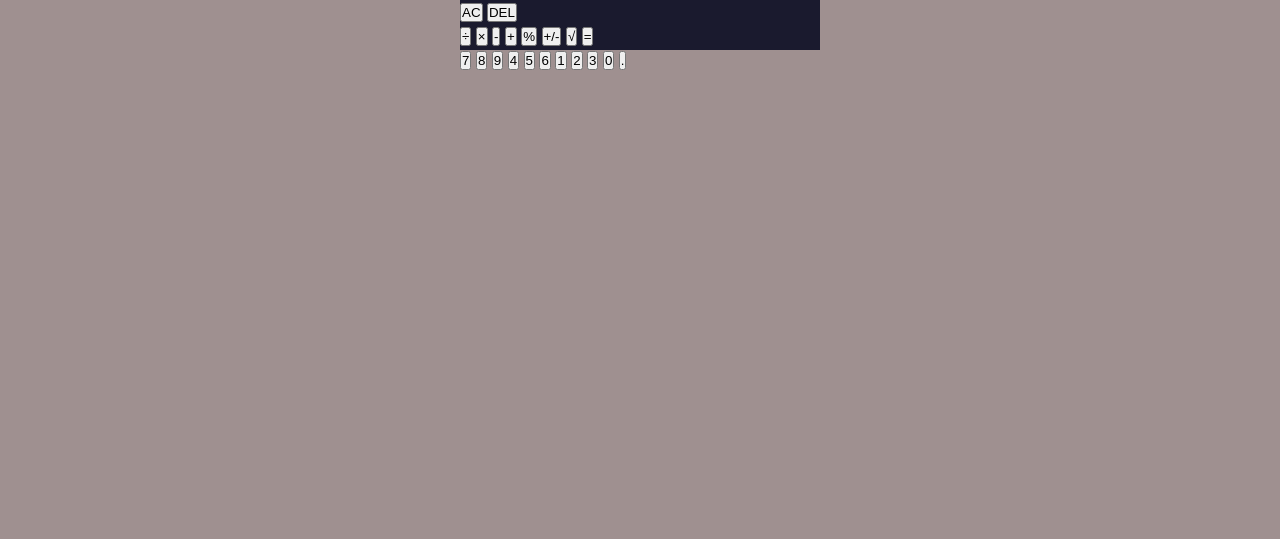
Repository: MikkyPrestige/js-calculator
Page: index.html
An editor plug-in stored every save of this project. The page is shown before and after the next save, followed by the edit.
The browser window is 1280 px wide. The pictures show the whole page.

Above is the page before, as saved 2023-05-08 00:53:45.

After the next save:
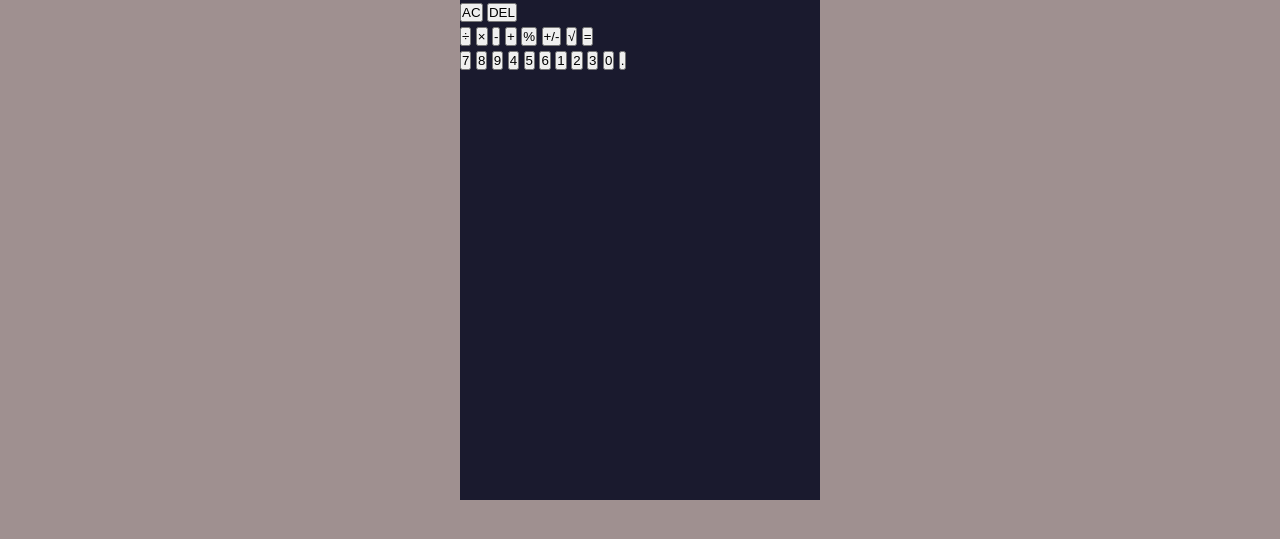
Saved 4 s later.
--- a/index.css
+++ b/index.css
@@ -20,6 +20,6 @@
   background: rgba(26, 26, 46, 1);
   width: 100%;
   max-width: 360px;
-  height: 50px;
+  height: 500px;
   margin: 0 auto;
 }

After the save that followed:
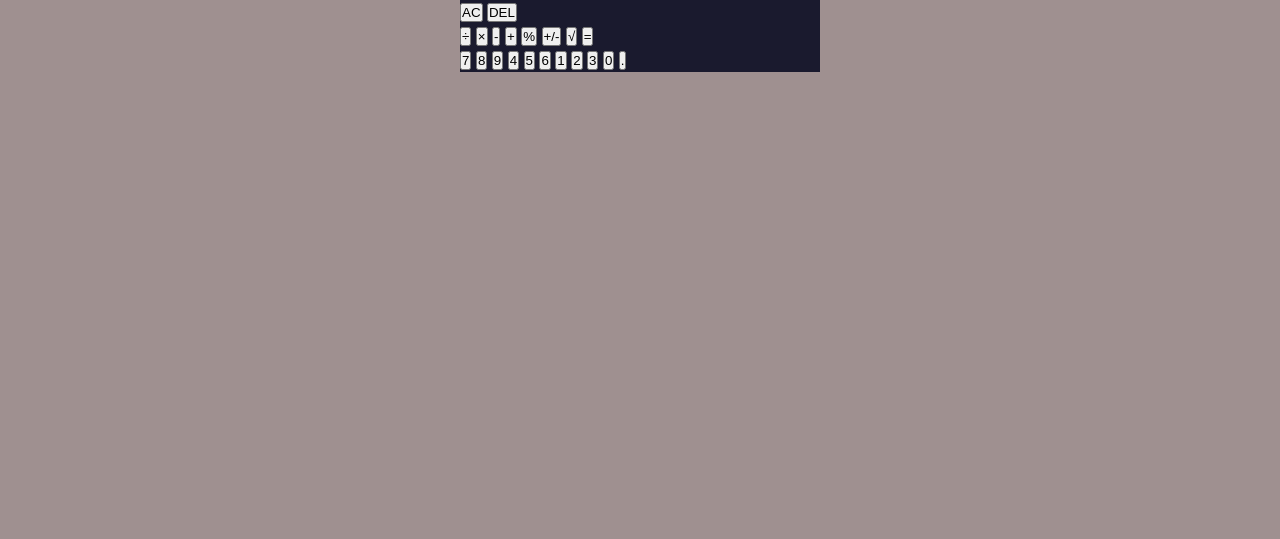
Saved 19 s later.
--- a/index.css
+++ b/index.css
@@ -20,6 +20,6 @@
   background: rgba(26, 26, 46, 1);
   width: 100%;
   max-width: 360px;
-  height: 500px;
+  height: 100%;
   margin: 0 auto;
 }
